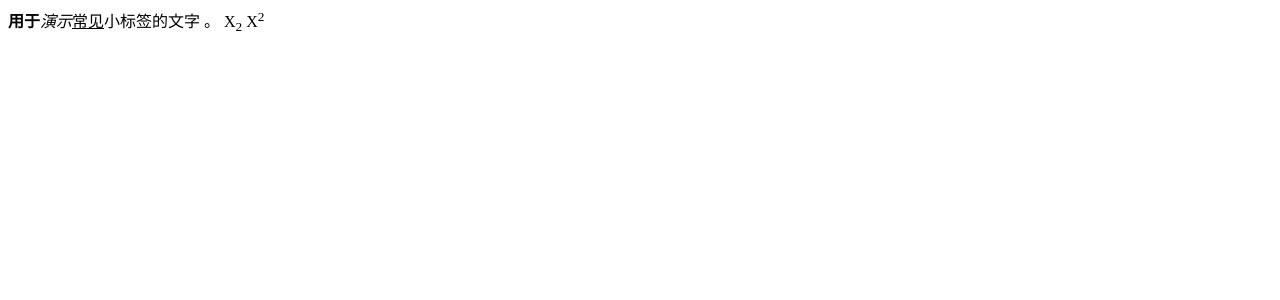
Repository: tangchengjingwen/javaLearningCode
Page: javaLearningCode/day30_html/other.html
An editor plug-in stored every save of this project. The page is shown before and after the next save, followed by the edit.
The browser window is 1280 px wide. The pictures show the whole page.

Above is the page before, as saved 2012-05-14 01:38:01.

### javaLearningCode/day30_html/other.html
<!DOCTYPE HTML PUBLIC "-//W3C//DTD HTML 4.01 Transitional//EN"
"http://www.w3.org/TR/html4/loose.dtd">
<html xmlns="http://www.w3.org/1999/xhtml">
    <head>
        <meta http-equiv="Content-Type" content="text/html; charset=GBK" />

		<!--meta http-equiv="refresh" content="3;url=http://www.sina.com" /-->
        <title>New Web Project</title>
    </head>
    <body>

		<b>用于</b><i>演示</i><u>常见</u>小标签的文字 。
		X<sub>2</sub>  X<sup>2</sup>

    </body>
</html>

After the next save:
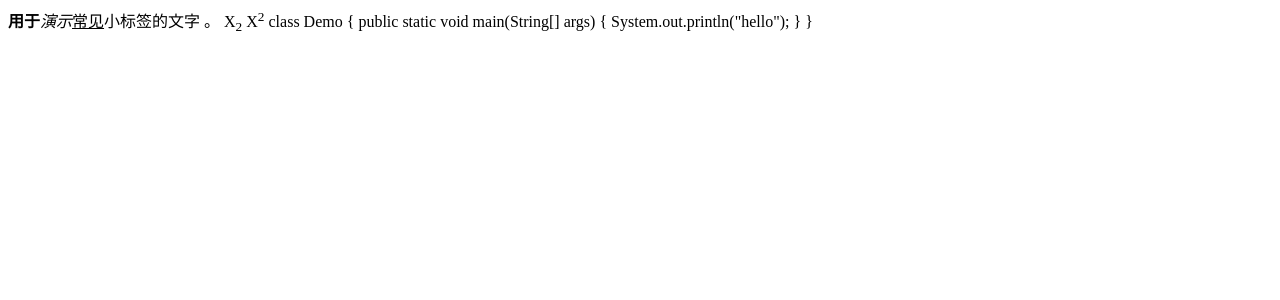
Saved 66 s later.
--- a/javaLearningCode/day30_html/other.html
+++ b/javaLearningCode/day30_html/other.html
@@ -12,5 +12,12 @@
 		<b>用于</b><i>演示</i><u>常见</u>小标签的文字 。
 		X<sub>2</sub>  X<sup>2</sup>
 
+		class Demo
+		{
+			public static void main(String[] args)
+			{
+				System.out.println("hello");
+			}
+		}
     </body>
 </html>
